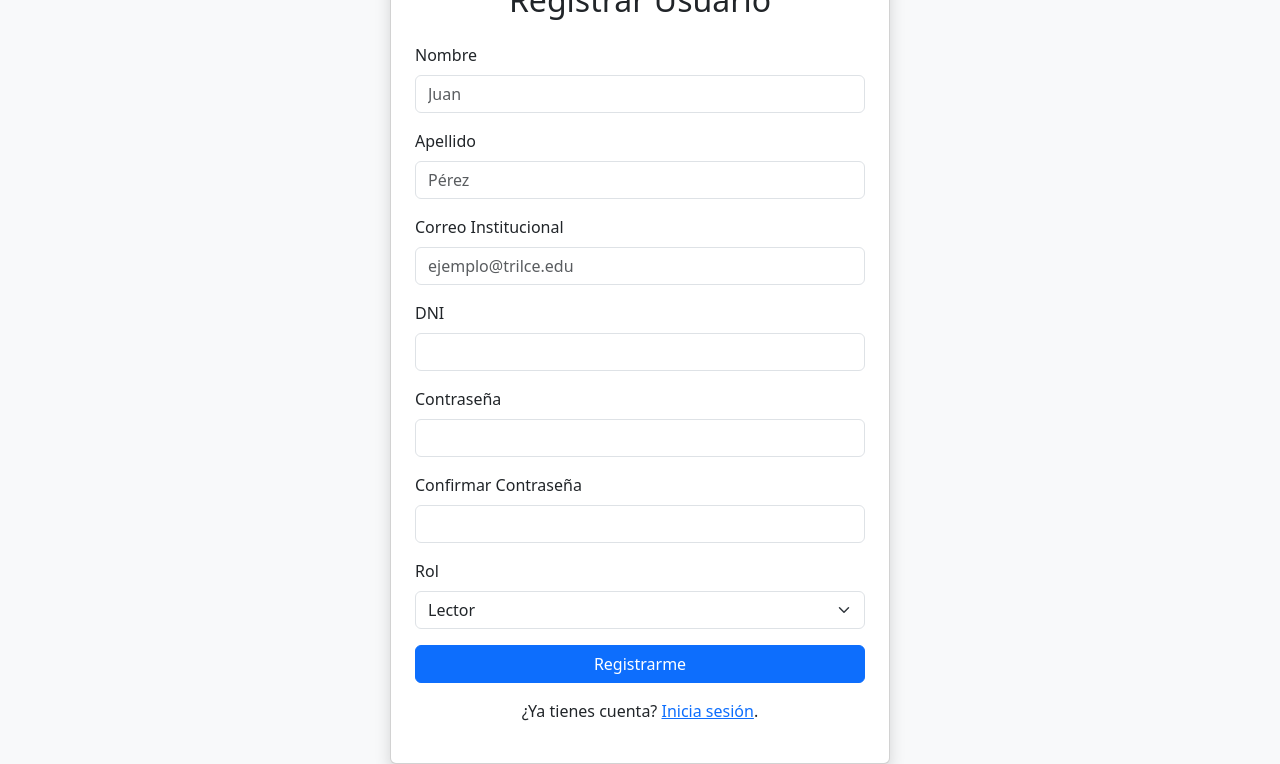
Repository: maycky02/Bibloteca_integrador
Page: http://localhost/registrarme
An editor plug-in stored every save of this project. The page is shown before and after the next save, followed by the edit.
The browser window is 1280 px wide. The pictures show the whole page.
The page is this project's Thymeleaf template; nobody is signed in. The template is opened directly, without the code that normally fills it, so the values that code supplies are empty.

Above is the page before, as saved 2024-12-01 03:18:08.

### Bibloteca/src/main/resources/templates/registrarme.html
<!DOCTYPE html>
<html lang="es">
<head>
    <meta charset="UTF-8">
    <meta name="viewport" content="width=device-width, initial-scale=1.0">
    <title>Registrar Usuario</title>
    <link href="https://cdn.jsdelivr.net/npm/bootstrap@5.3.0/dist/css/bootstrap.min.css" rel="stylesheet">
</head>
<body class="bg-light">
    <div class="container d-flex align-items-center justify-content-center" style="height: 100vh;">
        <div class="card p-4 shadow" style="width: 500px;">
            <h2 class="text-center mb-4">Registrar Usuario</h2>
            <!-- Mostrar mensaje de éxito o error -->
            <div th:if="${mensaje}" class="alert alert-success" role="alert">
                <p th:text="${mensaje}"></p>
            </div>
            <div th:if="${error}" class="alert alert-danger" role="alert">
                <p th:text="${error}"></p>
            </div>
            <form action="/registrarme" method="post">
                <!-- Campo para el nombre -->
                <div class="mb-3">
                    <label for="nombre" class="form-label">Nombre</label>
                    <input type="text" class="form-control" id="nombre" name="nombre" placeholder="Juan" required>
                </div>
                <!-- Campo para el apellido -->
                <div class="mb-3">
                    <label for="apellido" class="form-label">Apellido</label>
                    <input type="text" class="form-control" id="apellido" name="apellido" placeholder="Pérez" required>
                </div>
                <!-- Campo para el correo -->
                <div class="mb-3">
                    <label for="correo" class="form-label">Correo Institucional</label>
                    <input type="email" class="form-control" id="correo" name="correo" placeholder="ejemplo@trilce.edu" required>
                </div>
                <!-- Campo para el DNI -->
                <div class="mb-3">
                    <label for="dni" class="form-label">DNI</label>
                    <input type="text" class="form-control" id="dni" name="dni" required>
                </div>
                <!-- Campo para la contraseña -->
                <div class="mb-3">
                    <label for="contraseña" class="form-label">Contraseña</label>
                    <input type="password" class="form-control" id="contraseña" name="contraseña" required>
                </div>
                <!-- Campo para confirmar la contraseña -->
                <div class="mb-3">
                    <label for="confirmarContraseña" class="form-label">Confirmar Contraseña</label>
                    <input type="password" class="form-control" id="confirmarContraseña" name="confirmarContraseña" required>
                </div>
                <!-- Campo para el rol -->
                <div class="mb-3">
                    <label for="rol" class="form-label">Rol</label>
                    <select class="form-select" id="rol" name="rol" required>
                        <option value="LECTOR">Lector</option>
                    </select>
                </div>
                <!-- Botón de registro -->
                <button type="submit" class="btn btn-primary w-100">Registrarme</button>
                <p class="mt-3 text-center">
                    ¿Ya tienes cuenta? <a href="/login">Inicia sesión</a>.
                </p>
            </form>
        </div>
    </div>
</body>
</html>

After the next save:
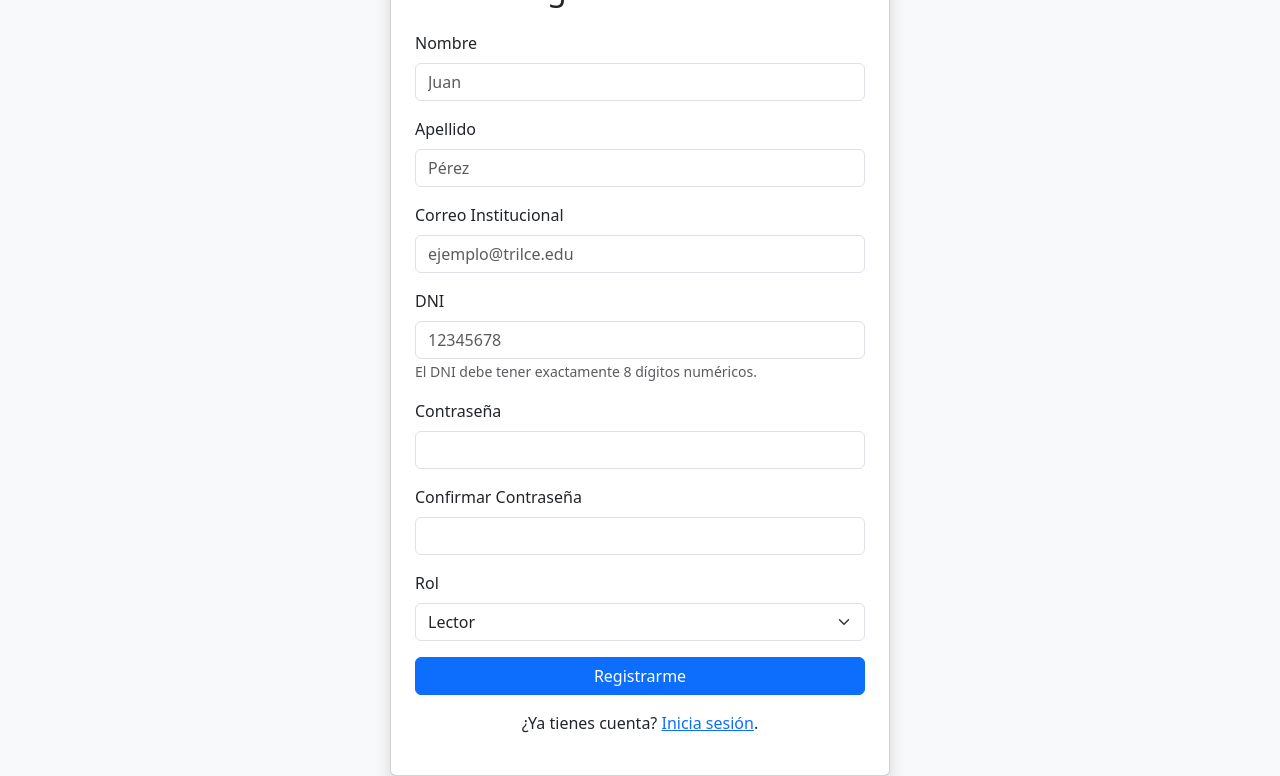
Saved 2 min 57 s later.
--- a/Bibloteca/src/main/resources/templates/registrarme.html
+++ b/Bibloteca/src/main/resources/templates/registrarme.html
@@ -33,10 +33,11 @@
                     <label for="correo" class="form-label">Correo Institucional</label>
                     <input type="email" class="form-control" id="correo" name="correo" placeholder="ejemplo@trilce.edu" required>
                 </div>
-                <!-- Campo para el DNI -->
+                <!-- Campo para el DNI (validado para 8 dígitos numéricos) -->
                 <div class="mb-3">
                     <label for="dni" class="form-label">DNI</label>
-                    <input type="text" class="form-control" id="dni" name="dni" required>
+                    <input type="text" class="form-control" id="dni" name="dni" pattern="^\d{8}$" maxlength="8" placeholder="12345678" required>
+                    <small class="form-text text-muted">El DNI debe tener exactamente 8 dígitos numéricos.</small>
                 </div>
                 <!-- Campo para la contraseña -->
                 <div class="mb-3">
